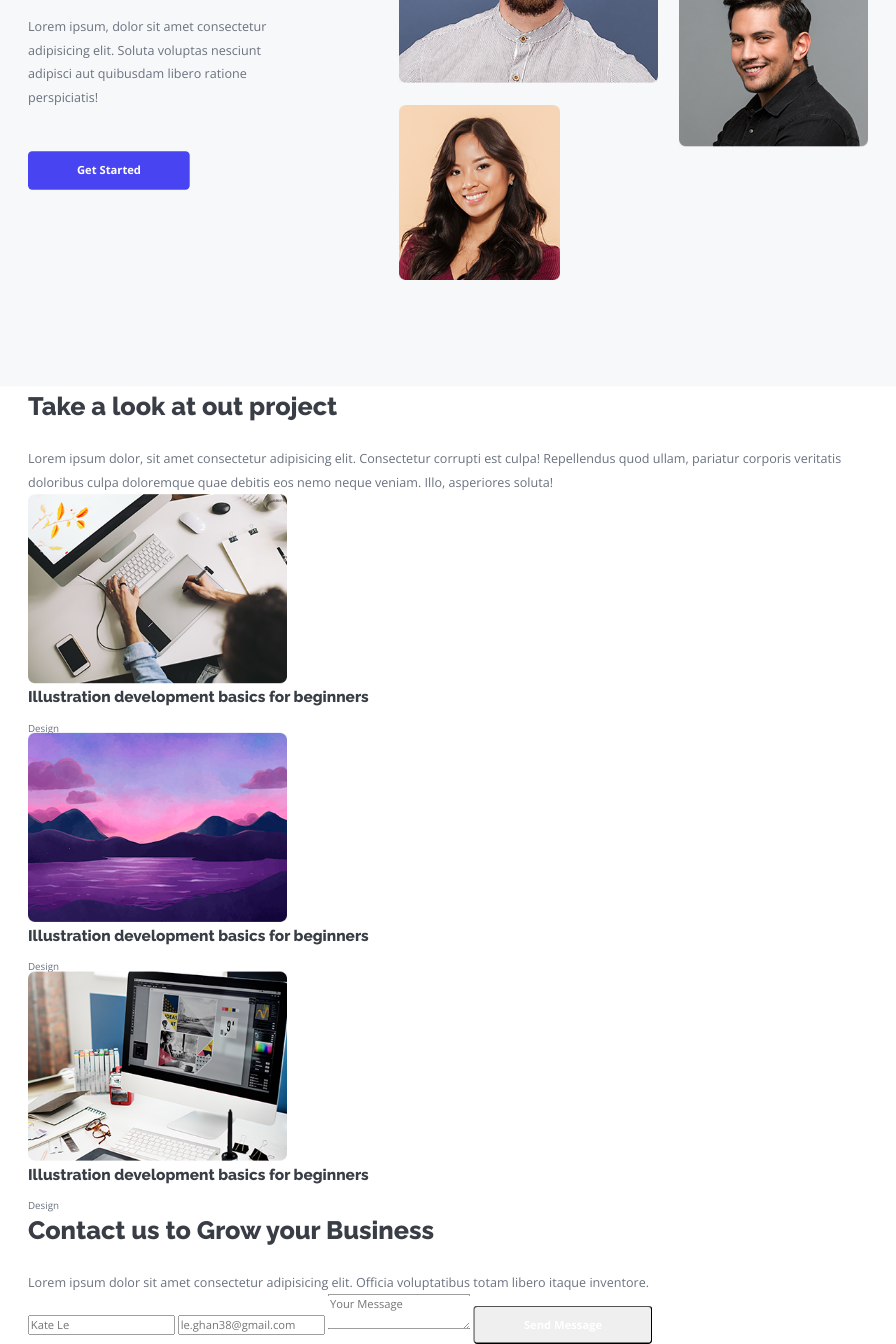
Repository: kate30980/LP-practiceoctavian
Page: index.html
An editor plug-in stored every save of this project. The page is shown before and after the next save, followed by the edit.
The browser window is 1280 px wide. The pictures show the part of the page from y = 4480 to 6400 px (the page is 6400 px tall before and 6394 px after), at 70% of full size.
The style sheet was rebuilt from its Sass, Less or Tailwind sources for each picture, by a compiler version that may differ from the author's.

Above is the page before, as saved 2021-08-25 17:17:36.

After the next save:
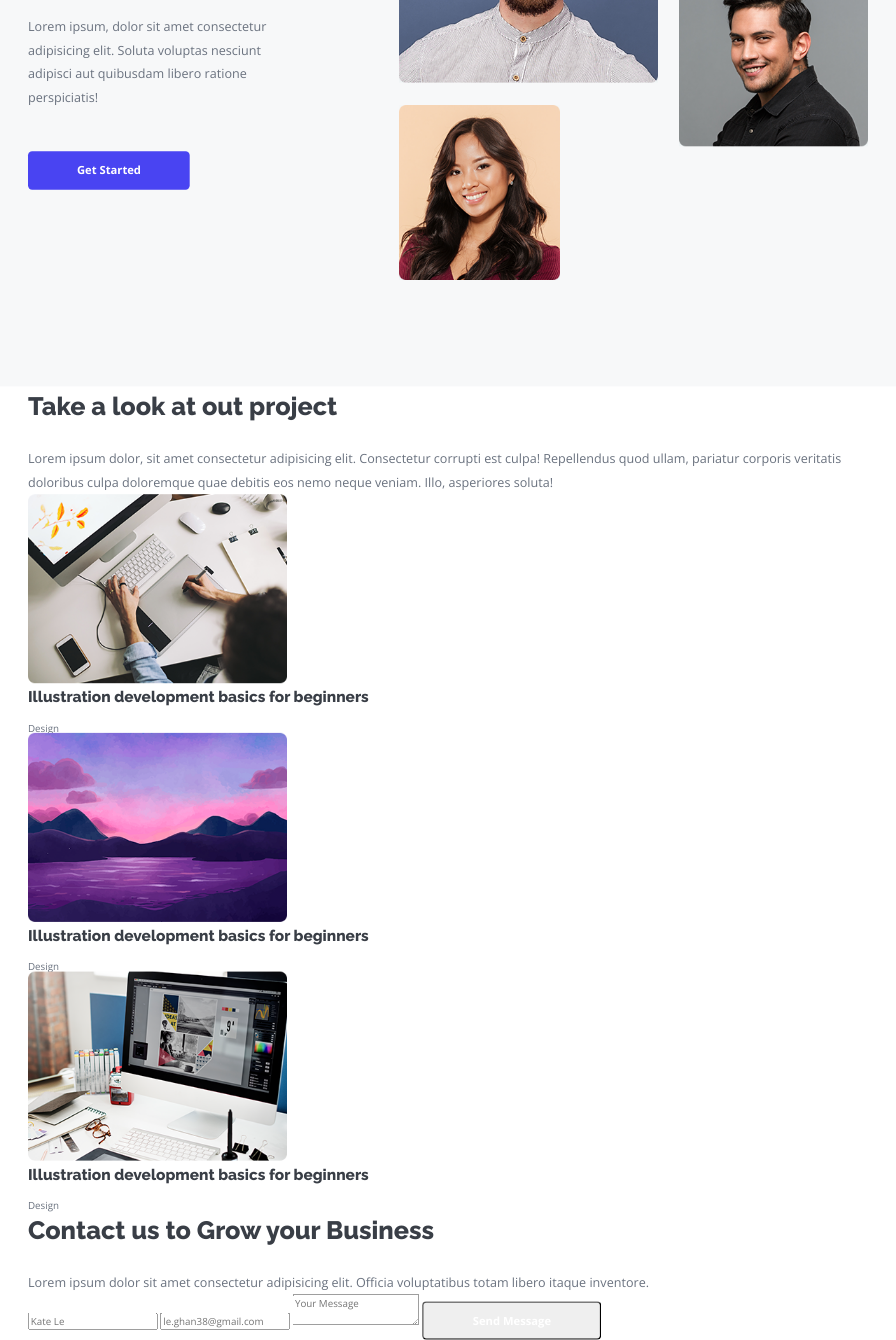
Saved 19 s later.
--- a/sass/_base.scss
+++ b/sass/_base.scss
@@ -8,7 +8,7 @@ body{
 }
 input, button, textarea, select{
     font-family: $primary-font;
-    font-size: 16px;
+    font-size: 14px;
 }
 .container{
     max-width: 1200px;
